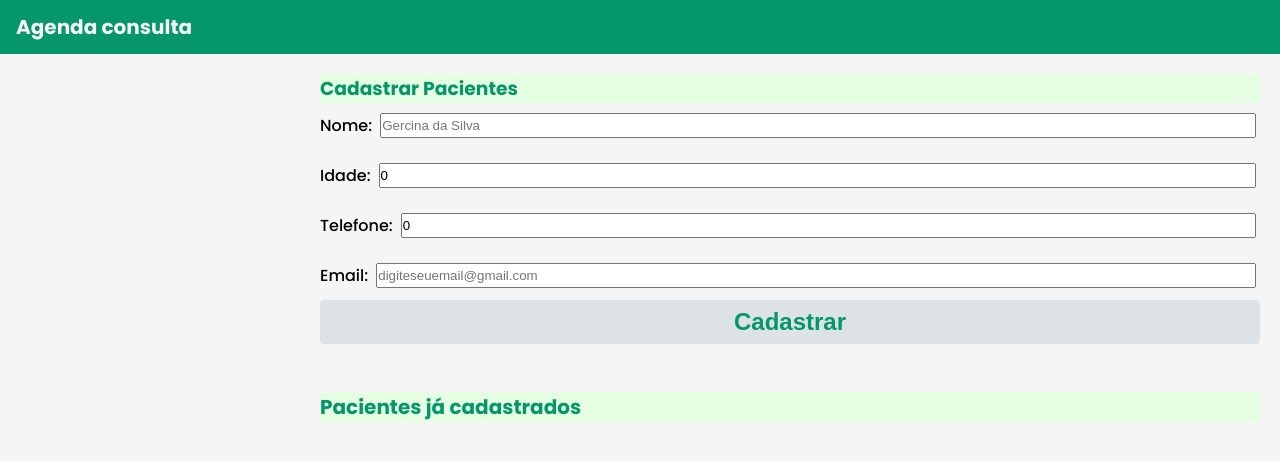
Repository: BarbaraCD/agendaconsulta
Page: /
An editor plug-in stored every save of this project. The page is shown before and after the next save, followed by the edit.
The browser window is 1280 px wide. The pictures show the whole page.
The page's requests for data from a server got no answer. The project was rebuilt for these pictures with package versions that can differ from the ones it lists, and the page was loaded fresh each time. No one was signed in, and anything a server would have sent is missing. Also part of the build but not shown: vite.config.ts, src/styles/StyleList.ts, src/components/Patients.tsx, src/components/Doctors.tsx.

Above is the page before, as saved 2023-07-28 14:49:34.

After the next save:
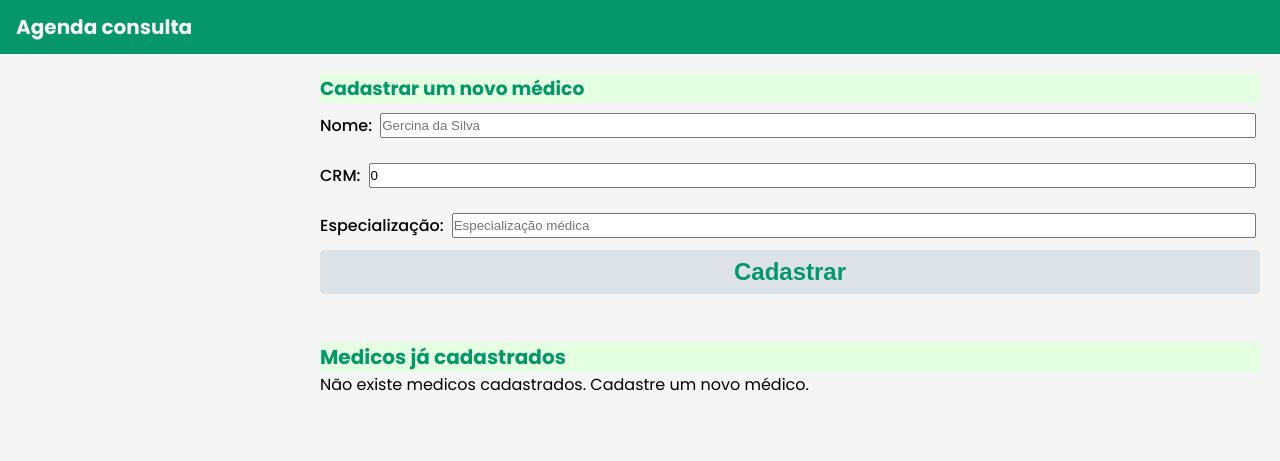
Saved 17 s later.
--- a/src/App.tsx
+++ b/src/App.tsx
@@ -2,6 +2,7 @@
 import { Header } from './components/Header'
 import GlobalStyle from './styles/global'
 import { CreatePatient } from './components/CreatePatient'
+import { CreateDoctor } from './components/CreateDoctor'
 
 function App() {
 
@@ -10,8 +11,8 @@
       <GlobalStyle />
       <Header />
       {/* <Sidebar /> */}
-      {/* <CreateDoctor/> */}
-      <CreatePatient />
+      <CreateDoctor/>
+      {/* <CreatePatient /> */}
 
     </>
   )

After the 2 saves that followed:
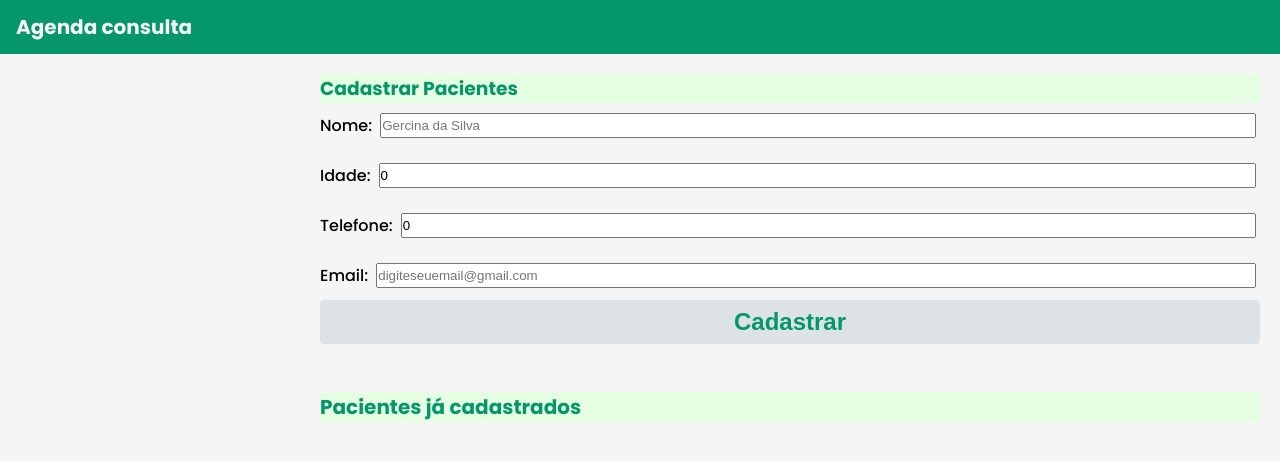
The 2 saves are shown as one change because they came seconds apart.
The last was saved 25 s later.
--- a/src/App.tsx
+++ b/src/App.tsx
@@ -2,7 +2,6 @@
 import { Header } from './components/Header'
 import GlobalStyle from './styles/global'
 import { CreatePatient } from './components/CreatePatient'
-import { CreateDoctor } from './components/CreateDoctor'
 
 function App() {
 
@@ -11,8 +10,8 @@
       <GlobalStyle />
       <Header />
       {/* <Sidebar /> */}
-      <CreateDoctor/>
-      {/* <CreatePatient /> */}
+      {/* <CreateDoctor/> */}
+      <CreatePatient />
 
     </>
   )
